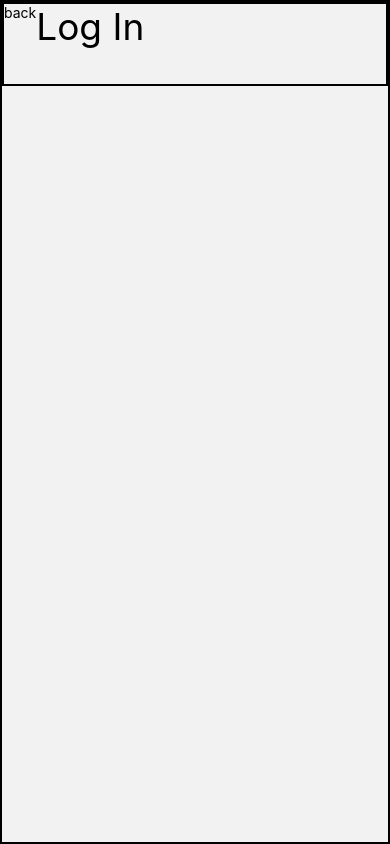
Repository: kgayathridevi/pregband
Screen: /
The author's editor kept a copy of each file at every save. The screen is drawn from the files as they stood at one save, then again after the next save.
The app was drawn by React Native's web renderer in a window 390 px wide. The project was rebuilt for these pictures with package versions that can differ from the ones it lists, and the page was loaded fresh each time. Also part of the build but not shown: component/SignUpScreen.jsx, component/Home.jsx.

Above is the screen before, as saved 2023-04-28 13:08:48.

### App.js
import { NavigationContainer } from "@react-navigation/native";
import { createNativeStackNavigator } from "@react-navigation/native-stack";
import { StatusBar } from "expo-status-bar";
import { StyleSheet, Text, View } from "react-native";
import SignUpScreen from "./component/SignUpScreen";
import LogInScreen from "./component/LogInScreen";
import Home from "./component/Home";

const Stack = createNativeStackNavigator();
export default function App() {
  return (
    <NavigationContainer>
      <Stack.Navigator initialRouteName="Log">
        <Stack.Screen
          options={{ headerShown: false }}
          name="Log"
          component={LogInScreen}
        />
        <Stack.Screen name="Sign" component={SignUpScreen} />
        <Stack.Screen name="Home" component={Home} />
      </Stack.Navigator>
    </NavigationContainer>
  );
}

const styles = StyleSheet.create({
  // container: {
  //   flex: 1,
  //   backgroundColor: '#fff',
  //   alignItems: 'center',
  //   justifyContent: 'center',
  // },
});

### component/LogInScreen.jsx
import {
  Button,
  StyleSheet,
  Text,
  TextInput,
  TouchableOpacity,
  View,
} from "react-native";
import React from "react";
import { SafeAreaView } from "react-native-safe-area-context";

const LogInScreen = ({ navigation }) => {
  return (
    <SafeAreaView style={styles.container}>
      <View style={styles.headerContainer}>
        <View>
          <Text>back</Text>
        </View>
        <View style={{ flexDirection: "row" }}>
          <Text style={styles.textC}>Log</Text>
          <Text style={[styles.textC, styles.textC2]}> In</Text>
        </View>
      </View>
      <View></View>
    </SafeAreaView>
  );
};

export default LogInScreen;

const styles = StyleSheet.create({
  container: {
    borderWidth: 2,
    height: "100%",
  },
  headerContainer: {
    borderWidth: 2,
    height: "10%",
    flexDirection: "row",
  },
  textC: {
    fontSize: 37,
  },
  textC2: {
    color: "",
  },
});

After the next save:
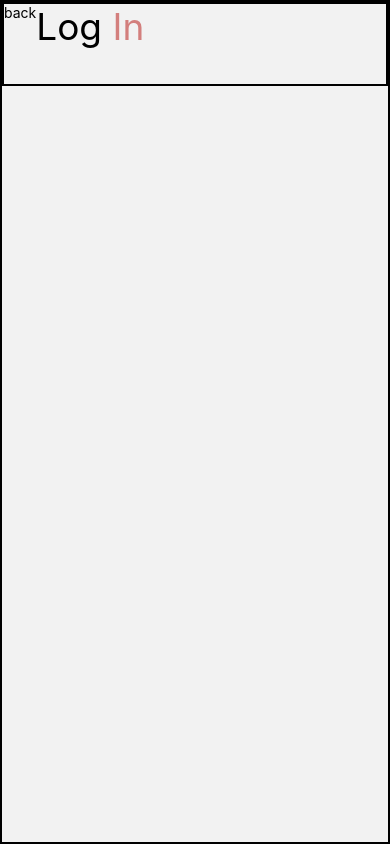
Saved 18 s later.
--- a/component/LogInScreen.jsx
+++ b/component/LogInScreen.jsx
@@ -42,6 +42,6 @@ const styles = StyleSheet.create({
     fontSize: 37,
   },
   textC2: {
-    color: "",
+    color: "#D37F7D",
   },
 });
